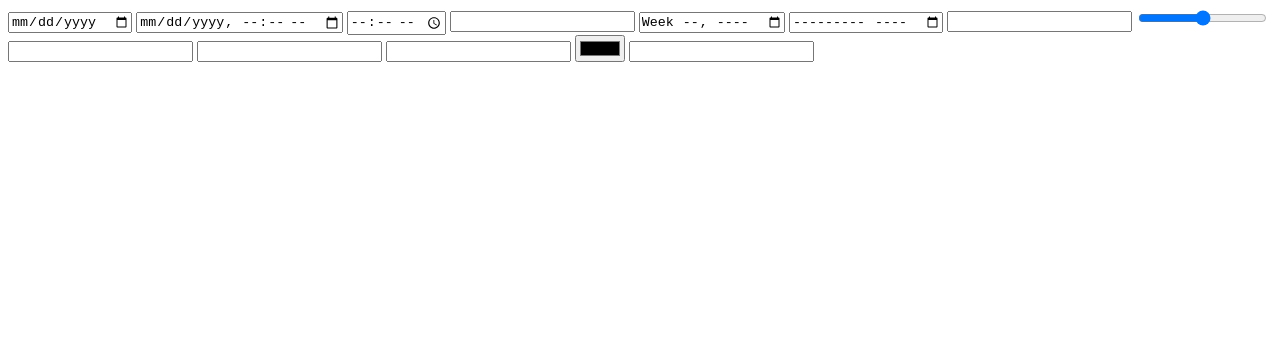
Repository: WKYQAQ/LX
Page: day03_form2.html
The author's editor kept a copy of each file at every save. The page is drawn from the files as they stood at one save, then again after the next save.
The browser window is 1280 px wide. The pictures show the whole page.

Above is the page before, as saved 2020-07-23 10:08:30.

After the next save:
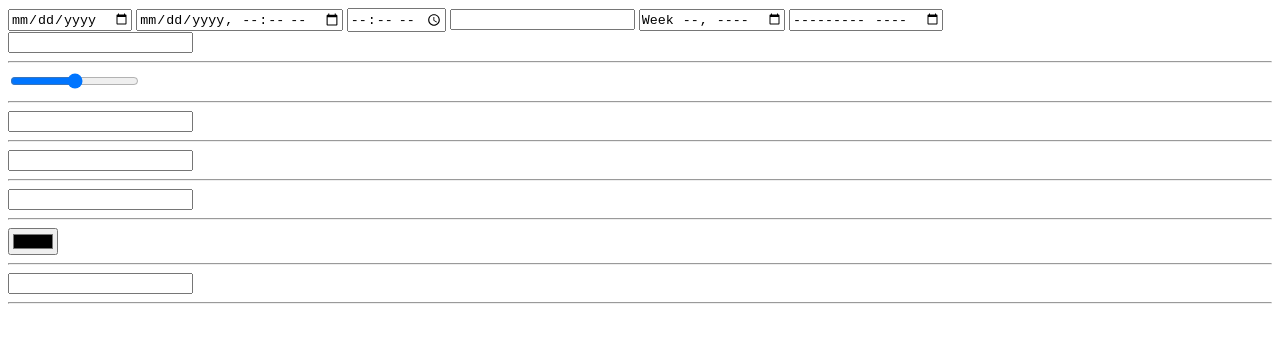
Saved 107 s later.
--- a/day03_form2.html
+++ b/day03_form2.html
@@ -14,12 +14,14 @@
     <input type="week"/>
     <input type="month"/>
     <!--其他控件-->
-    <input type="number"/>
-    <input type="range"/>
-    <input type="search"/>
-    <input type="tel"/>
-    <input type="url"/>
-    <input type="color"/>
-    <input type="email"/>
+    <form action="a1.php">
+        <input type="number"/><hr />
+        <input type="range"/><hr />
+        <input type="search"/><hr />
+        <input type="tel"/><hr />
+        <input type="url"/><hr />
+        <input type="color"/><hr />
+        <input type="email"/><hr />
+    </form>
 </body>
 </html>
